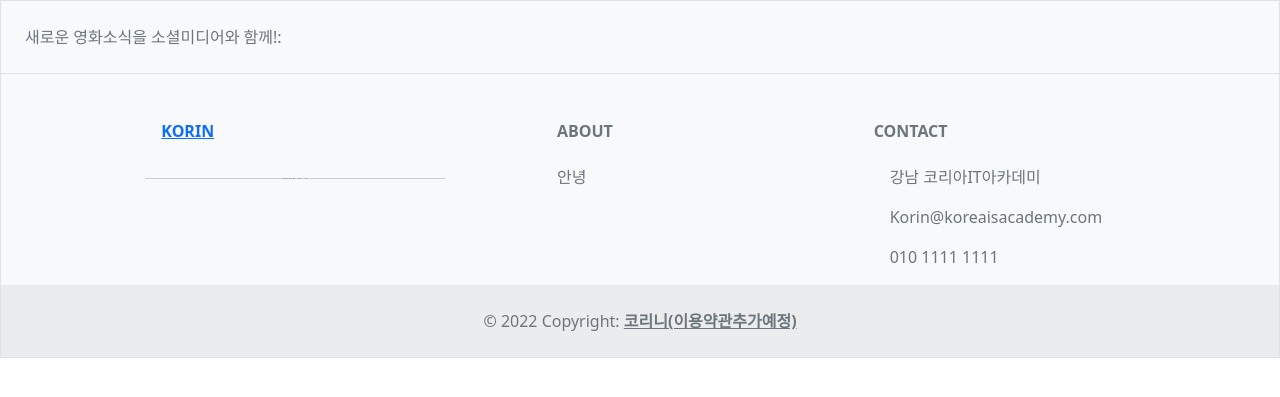
Repository: Nappy97/theather
Page: http://localhost/Cinema/WEB-INF/views/common/footer.jsp
The author's editor kept a copy of each file at every save. The page is drawn from the files as they stood at one save, then again after the next save.
The browser window is 1280 px wide. The pictures show the whole page.
The page is served by Tomcat 9. Nobody is signed in. Other server files are loaded and not shown. The template is opened directly, without the code that normally fills it, so the values that code supplies are empty.

Above is the page before, as saved 2022-09-16 10:38:49.

### project/Cinema/src/main/webapp/WEB-INF/views/common/footer.jsp
<%@ page language="java" contentType="text/html; charset=UTF-8"
         pageEncoding="UTF-8" %>

<%@ taglib prefix="c" uri="http://java.sun.com/jsp/jstl/core" %>
<%@ taglib prefix="fn" uri="http://java.sun.com/jsp/jstl/functions" %>

<!DOCTYPE html>
<html>

<head>
    <title>footer</title>
    <meta charset="utf-8">
    <meta name="viewport" content="width=device-width, initial-scale=1">
    <link href="https://cdn.jsdelivr.net/npm/bootstrap@5.1.3/dist/css/bootstrap.min.css" rel="stylesheet">
    <script src="https://cdn.jsdelivr.net/npm/bootstrap@5.1.3/dist/js/bootstrap.bundle.min.js"></script>
</head>

<body>
<!-- Footer -->
<footer class="text-center text-lg-start bg-light text-muted border" style="z-index:999;">
    <!-- Section: Social media -->
    <section class="d-flex justify-content-center justify-content-lg-between p-4 border-bottom">
        <!-- Left -->
        <div class="me-5 d-none d-lg-block">
            <span>새로운 영화소식을 소셜미디어와 함께!:</span>
        </div>
        <!-- Left -->

        <!-- Right -->
        <div>
            <a href="https://ko-kr.facebook.com/" class="me-4 text-reset">
                <i class="fab fa-facebook-f"></i>
            </a>
            <a href="https://twitter.com/home" class="me-4 text-reset">
                <i class="fab fa-twitter"></i>
            </a>
            <a href="https://www.google.com/" class="me-4 text-reset">
                <i class="fab fa-google"></i>
            </a>
            <a href="https://www.instagram.com/" class="me-4 text-reset">
                <i class="fab fa-instagram"></i>
            </a>
            <a href="https://github.com/" class="me-4 text-reset">
                <i class="fab fa-github"></i>
            </a>
        </div>
        <!-- Right -->
    </section>
    <!-- Section: Social media -->

    <!-- Section: Links  -->
    <section class="">
        <div class="container text-center text-md-start mt-5">
            <!-- Grid row -->
            <div class="row mt-3">
                <!-- Grid column -->

                <div class="col-md-3 col-lg-4 col-xl-3 mx-auto mb-4">
                    <a href="" style="">
                        <!-- Content -->
                        <h6 class="text-uppercase fw-bold mb-4">
                            <i class="fas fa-gem me-3"></i>Korin
                        </h6>
                        <img src="https://dummyimage.com/300/000000/ffffff.jpg"/>
                    </a>
                </div>

                <!-- Grid column -->


                <!-- Grid column -->
                <div class="col-md-3 col-lg-2 col-xl-2 mx-auto mb-4">
                    <!-- Links -->
                    <h6 class="text-uppercase fw-bold mb-4">
                        about
                    </h6>
                    <p>
                        안녕
                    </p>
                </div>
                <!-- Grid column -->

                <!-- Grid column -->
                <div class="col-md-4 col-lg-3 col-xl-3 mx-auto mb-md-0 mb-4">
                    <!-- Links -->
                    <h6 class="text-uppercase fw-bold mb-4">Contact</h6>
                    <p><i class="fas fa-home me-3"></i> 강남 코리아IT아카데미</p>
                    <p>
                        <i class="fas fa-envelope me-3"></i>
                        Korin@koreaisacademy.com
                    </p>
                    <p><i class="fas fa-phone me-3"></i> 010 1111 1111</p>
                </div>
                <!-- Grid column -->
            </div>
            <!-- Grid row -->
        </div>
    </section>
    <!-- Section: Links  -->

    <!-- Copyright -->
    <div class="text-center p-4" style="background-color: rgba(0, 0, 0, 0.05);">
        © 2022 Copyright:
        <a class="text-reset fw-bold" href="https://mdbootstrap.com/">코리니(이용약관추가예정)</a>
    </div>
    <!-- Copyright -->
</footer>
<!-- Footer -->
</body>

</html>

After the next save:
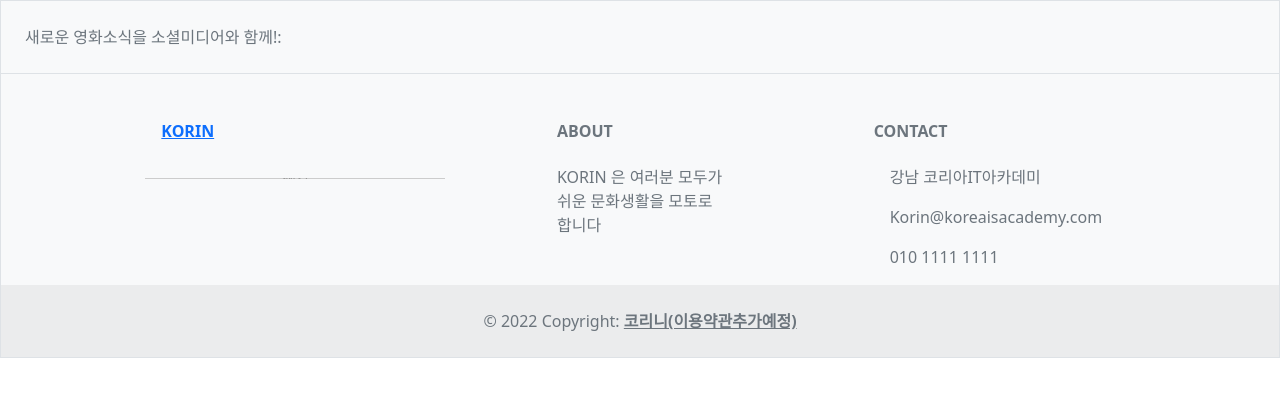
Saved 2 min 17 s later.
--- a/project/Cinema/src/main/webapp/WEB-INF/views/common/footer.jsp
+++ b/project/Cinema/src/main/webapp/WEB-INF/views/common/footer.jsp
@@ -75,7 +75,7 @@
                         about
                     </h6>
                     <p>
-                        안녕
+                        KORIN 은 여러분 모두가 쉬운 문화생활을 모토로 합니다
                     </p>
                 </div>
                 <!-- Grid column -->
